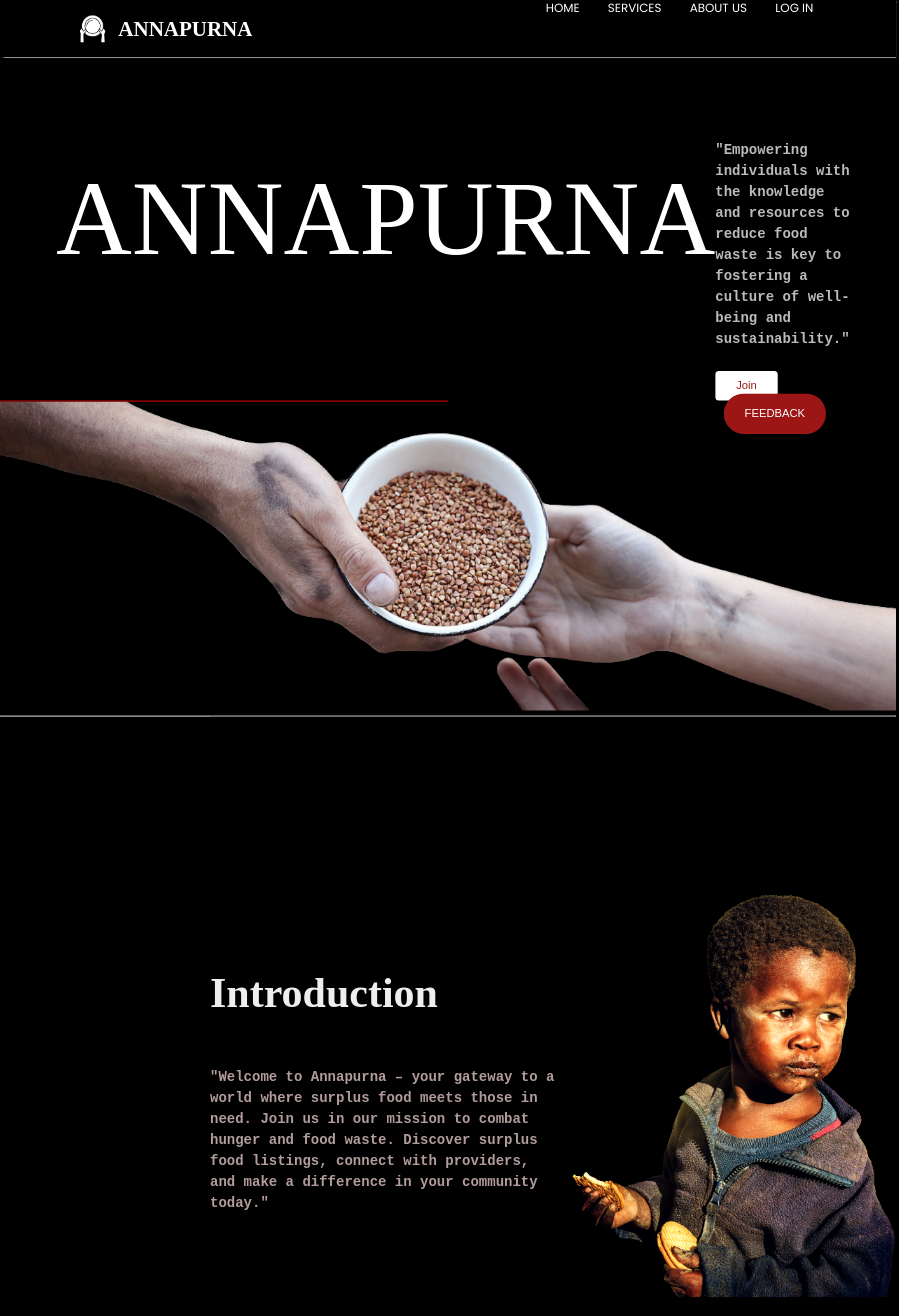
Repository: letscodeshivansh/Annapurna-fullstack-
Page: http://localhost/
An editor plug-in stored every save of this project. The page is shown before and after the next save, followed by the edit.
The browser window is 1280 px wide. The page is 1284 px wide, so the pictures cover 1284 px, including what lies to the right of the window. The pictures show the part of the page from y = 0 to 1880 px (the page is 4659 px tall), at 70% of full size.
Some web fonts or font styles are not loaded; a fallback is used. Some web libraries are served in a nearby version. The page is served by the project's Node server (src/server.js).

Above is the page before, as saved 2024-06-13 18:46:17.

After the next save:
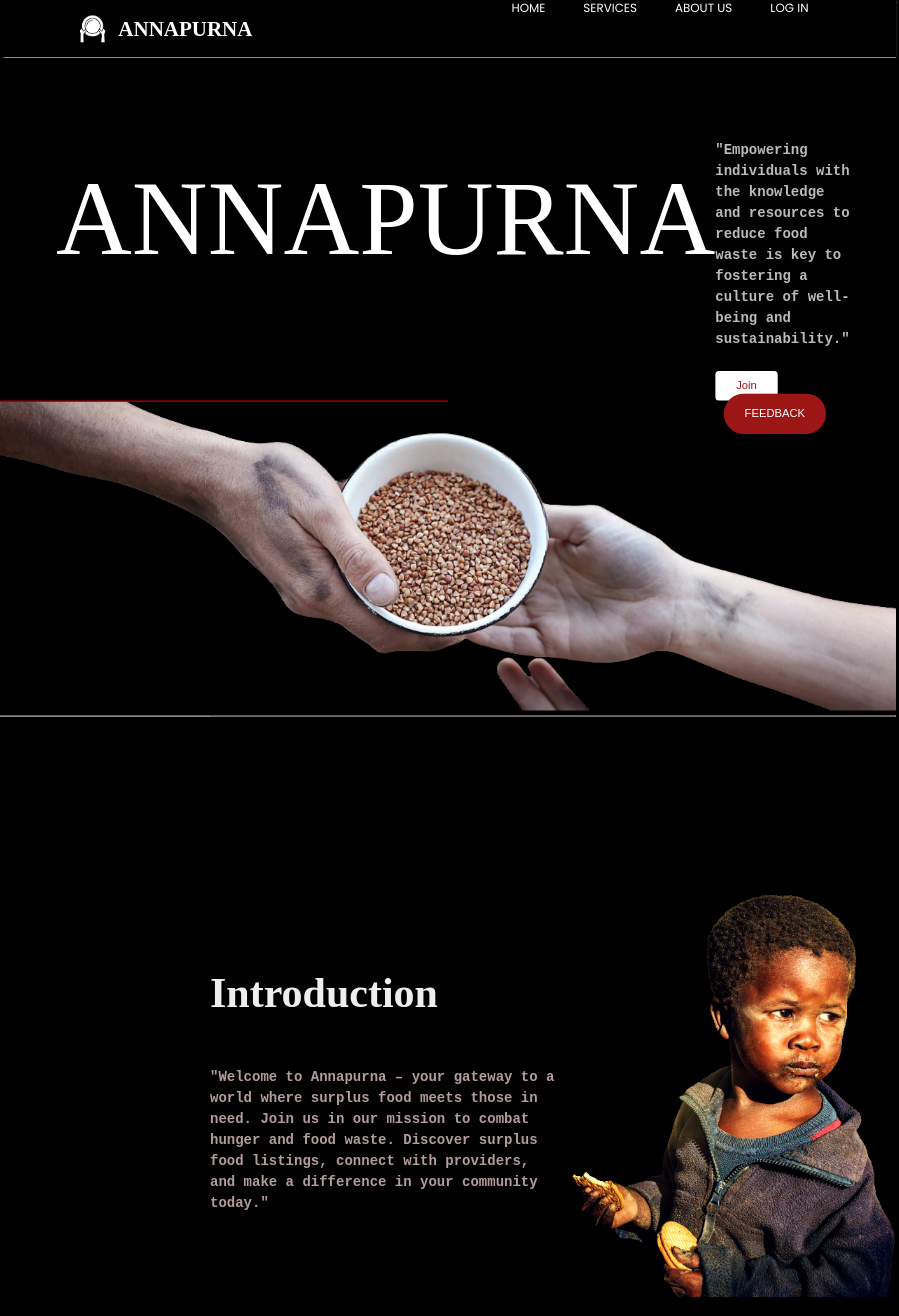
Saved 11 s later.
--- a/public/style.css
+++ b/public/style.css
@@ -89,7 +89,7 @@ nav ul{
 nav ul li{
     display: inline-block;
     line-height:20px;
-    margin: 0 3px;
+    margin: 0 10px;
     justify-content: space-evenly;
 
 
